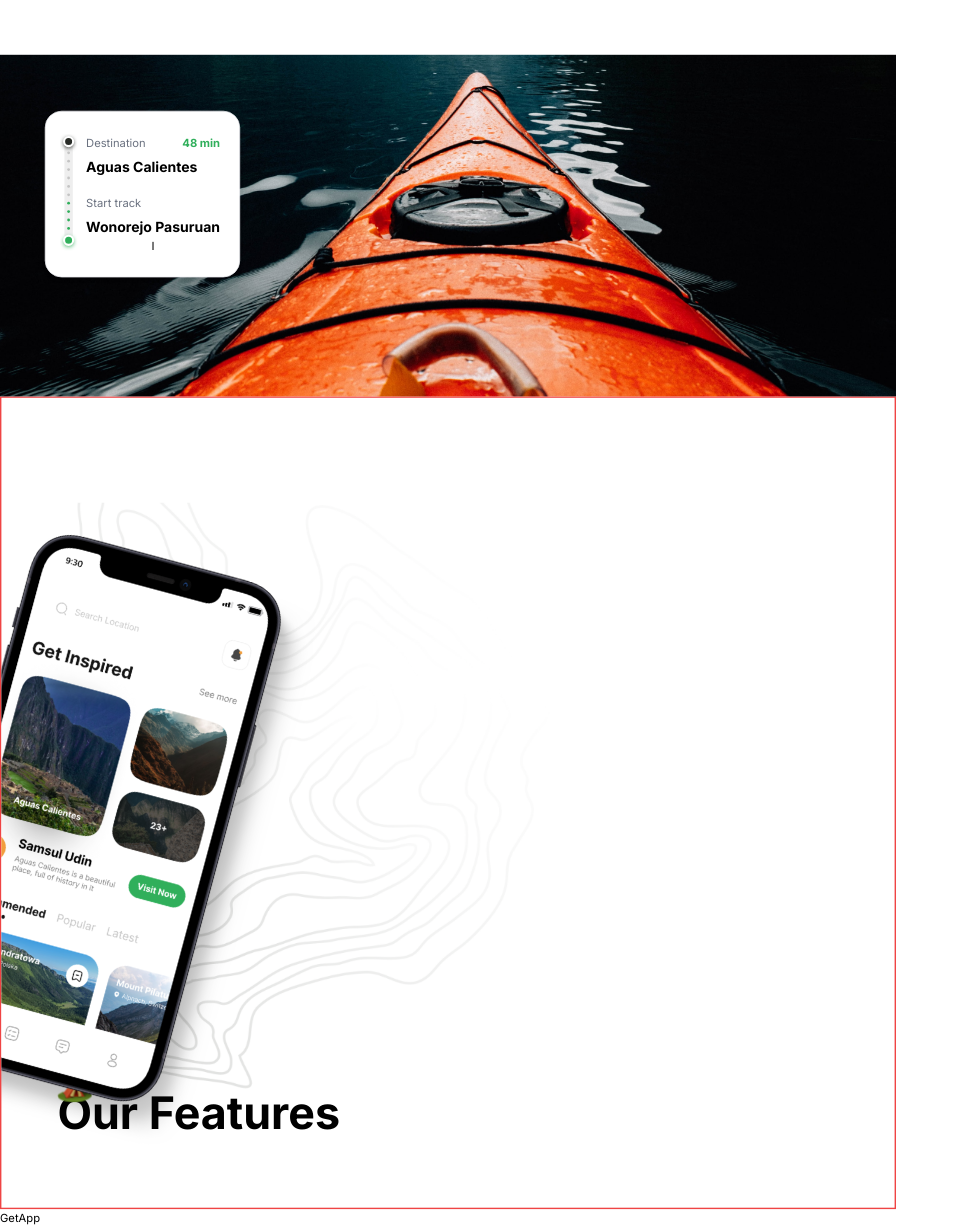
Repository: abdulrahmanmahmood/Travel-App
Page: /
These files come from the project's save history. The page is drawn as it stood at one moment and after the next save; the edit follows.
The browser window is 1280 px wide. The page is 1392 px wide, so the pictures cover 1392 px, including what lies to the right of the window. The pictures show the part of the page from y = 2105 to 3865 px (the page is 3857 px tall before and 3865 px after), at 70% of full size.
The project was rebuilt for these pictures with package versions that can differ from the ones it lists, and the page was loaded fresh each time. The framework's server and built-in components were replaced by stand-ins that run in the browser. Also part of the build but not shown: next.config.js.

Above is the page before, as saved 2023-11-08 11:40:14.

### app/layout.tsx
import './globals.css'
import type { Metadata } from 'next';
import './globals.css'
import Navbar from '@/components/Navbar';


export const metadata: Metadata = {
  title: 'Travel',
  description: 'Travel UI/UX App for camping',
}

export default function RootLayout({
  children,
}: {
  children: React.ReactNode
}) {
  return (
    <html lang="en">
      <body >
        <Navbar/>
        {children}
      </body>
    </html>
  )
}

### app/page.tsx
import Features from "@/components/Features"
import GetApp from "@/components/GetApp"
import Guide from "@/components/Guide"
import Hero from "@/components/Hero"
import Camp from "@/components/camp"

export default function Home() {
  return (
    <>
    <Hero/>
    <Camp/>
    <Guide/>
    <Features/>
    <GetApp/>
 </>
  )
}

### components/Navbar.tsx
import { NAV_LINKS } from "@/constants";
import Image from "next/image";
import Link from "next/link";
import Button from "./Button";

const Navbar = () => {
  return (
    <nav
      className=" flexBetween max-container padding-container relative z-30
    py-5"
    >
      <Link href="/">
        <Image src="/hilink-logo.svg" alt="logo" width={74} height={28} />
      </Link>
      <ul className="hidden h-full gap-12 lg:flex">
        {NAV_LINKS.map((link) => (
          <Link
            href={link.href}
            key={link.key}
            className="regular-16 text-gray-50 flexCenter cursor-pointer pb-1.5 transition-all hover:font-bold"
          >
            {link.label}
          </Link>
        ))}
      </ul>
      <div className="lg:flexCenter  hidden ">
        <Button
          type="button"
          title="Login"
          icon="/user.svg"
          variant="btn_dark_green"
        />
      </div>
      <Image
        src="/menu.svg"
        alt="menu"
        width={32}
        height={32}
        className="inline-block cursor-pointer lg:hidden"
      />
    </nav>
  );
};

export default Navbar;

### components/Features.tsx
import Image from "next/image"


function Features() {
  return (
    <section className="border-2 border-red-500 flex-col  flexCenter overflow-hidden bg-feature-bg bg-center bg-no-repeat py-24">
      <div className="max-container padding-container relative w-full justify-end">
        <div className="flex flex-1 lg:min-h-[900px]">
          <Image src='/phone.png' alt="phone" height={1000} width={440} className="feature-phone"/>
        </div>
        <div className="z-20 flex w-full flex-col  lg:2-[60%]">
          <div className="relative ">
            <Image src='/camp.svg' alt="camp" width={50} height={50} className="absolute -top-10"/>
            <h2 className="bold-40 lg:bold-64 -mt-3">Our Features</h2>
          </div>
        </div>
      </div>

    </section>
  )
}

export default Features

### components/GetApp.tsx


function GetApp() {
  return (
    <div>GetApp</div>
  )
}

export default GetApp

### components/Guide.tsx
import Image from "next/image";

function Guide() {
  return (
    <section className="flexCenter flex-col">
      <div className=" padding-container max-container w-full pb-24  ">
        <Image src="/camp.svg" alt="camp" width={50} height={50} />
        <p className="uppercase text-xl bold text-green-500 -mt-1 mb-3 ">
          WE ARE here FOR YOU
        </p>
        <div className="flex flex-wrap justify-between gap-5 lg:gap-10">
          <h2 className="capitalize  bold-40 lg:bold-64 xl:max-w-[390px]">
            Guide You to Easy Path
          </h2>
          <p className=" regular-16 text-gray-30 xl:max-w-[520px]">
            Only with the hilink application you will no longer get lost and get
            lost again, because we already support offline maps when there is no
            internet connection in the field. Invite your friends, relatives and
            friends to have fun in the wilderness through the valley and reach
            the top of the mountain
          </p>
        </div>
      </div>
      <div className=" flexCenter max-container relative w-full ">
        <Image
          src="/boat.png"
          alt="image"
          width={1440}
          height={580}
          className="w-full object-cover object-center 2xl:rounded-5"
        />
        <div className="absolute flex bg-white py-8 pl-5 pr-7 gap-3 rounded-3xl border shadow-md md:left-[5%] lg:top-20">
          <Image src='/meter.svg' alt="meter" width={15} height={158} className="h-full w-auto"/>
          <div className="flexBetween flex-col ">
            <div className="flex w-full flex-col">
              <div className="flexBetween w-full ">
                <p className="regular-16 text-gray-500">Destination</p>
                <p className="bold-16 text-green-50">48 min</p>
              </div>
              <p className="bold-20 mt-2 mb-2 ">Aguas Calientes</p>
            </div>
            <div className="flex w-full flex-col">
              <p className="regular-16 text-gray-500 mt-4">Start track</p>
              <h4 className="bold-20 mt-2 whitespace-nowrap">Wonorejo Pasuruan</h4>
            </div>
          I</div>
        </div>
      </div>
    </section>
  );
}

export default Guide;

### components/Hero.tsx
import Image from "next/image";
import Button from "./Button";

function Hero() {
  return (
    <section
      className="max-container padding-container flex flex-col gap-20
    py-10 pb-32 md:gap-27 lg:py-20  xl:flex-row"
    >
      <div className="hero-map" />
      {/* LEFT */}
      <div className="relative z-20 flex flex-1 flex-col xl:w-1/2">
        <Image
          src="/camp.svg"
          alt="camp"
          width={50}
          height={50}
          className="absolute left-[-5px] top-[-30px] w-10 lg:w-[50px]"
        />
        <h1 className="bold-52 lg:bold-88">Putuk Truno Camp Area</h1>
        <p className="regular-16 mt-6 text-gray-30 xl:max-w-[520px]">
          We want to be on each of your journeys seeking the satisfaction of
          seeing the incorruptible beauty of nature. We can help you on an
          adventure around the world in just one app
        </p>
        <div className="my-11 flex flex-wrap gap-5">
          <div className="flex items-center gap-2">
            {Array(5)
              .fill(1)
              .map((_, index) => (
                <Image
                  key={index}
                  src="/star.svg"
                  alt="star"
                  width={24}
                  height={24}
                />
              ))}
          </div>
          <p className="bold-16 lg:bold-20 text-blue-70">
            198k
            <span className="regular-16 lg:regular-20 ml-1 ">
              Excellent Reviews
            </span>
          </p>
        </div>
        <div className="flex flex-col w-full gap-3 sm:flex-row">
          <Button
            type={"button"}
            title={"Download App"}
            variant={"btn_green"}
          />
          <Button
            type={"button"}
            title={"How we work?"}
            variant={"btn_white_text"}
            icon="/play.svg"
          />
        </div>
      </div>
      <div className="relative flex flex-1 items-start ">
        <div className="relative z-20 w-[268px] flex-col gap-8 rounded-3xl bg-green-90 px-7 py-8">


          <div className="fle flex-col">

            <div className="flexBetween">
              <p className="regular-16 text-gray-20">Location</p>
              <Image src="/close.svg" alt="close" width={24} height={24} />
            </div>
            <p className="bold-20 text-white">Aguas Calientes</p>


          </div>


          <div className="flexBetween  pt-4">
            <div className="flex flex-col">
              <p className="regular-16 block text-gray-20">Distance</p>
              <p className="bold-20 text-white">173.28 mi</p>
            </div>
            <div className="flex flex-col">
              <p className="regular-16 block text-gray-20">Elevation</p>
              <p className="bold-20 text-white">2.040 km</p>
            </div>
          </div>
        </div>
      </div>
    </section>
  );
}

export default Hero;

### components/camp.tsx
import { PEOPLE_URL } from "@/constants";
import Image from "next/image";
import { type } from "os";

interface CampProps {
  backgroundImage: string;
  title: string;
  subtitle: string;
  peoplejoined: string;
}

const CampSite = ({
  backgroundImage,
  title,
  subtitle,
  peoplejoined,
}: CampProps) => {
  return (
    <div
      className={`h-full w-full min-w-[1100px] ${backgroundImage} bg-cover bg-no-repeat lg:rounded-r-5xl 2xl:rounded-5xl `}
    >
      <div className="flex h-full flex-col items-start justify-between p-6 lg:px-20 lg:py-10 ">
        <div className=" flexCenter gap-4">
          <div className="rounded-full bg-green-50 p-4">
            <Image src="/folded-map.svg" alt="folded" height={28} width={28} />
          </div>
          <div className="flex flex-col gap-1">
            <h4 className="bold-18 text-white">{title}</h4>
            <p className="regular-14 text-white">{subtitle}</p>
          </div>
        </div>
        <div className="flexCenter gap-6 ">
          <span className="flex -space-x-4 overflow-hidden">
            {PEOPLE_URL.map((url, index) => (
              <Image
                src={url}
                key={index}
                height={53}
                width={53}
                alt="alt"
                className="inline-block h-10 w-10 r-4"
              />
            ))}
          </span>
          <p className="bold-16 md:bold-20 text-white">{peoplejoined}</p>
        </div>
      </div>
    </div>
  );
};

function camp() {
  return (
    <section className=" 2xl:max-container relative flex flex-col py-10 lg-mb-10 lg:py-20 xl:mb-20">
      <div className="hide-scrollbar flex h-[340px] w-full items-start justify-start gap-8 overflow-x-auto lg:h[400px] xl:h-[640px]">
        <CampSite
          backgroundImage="bg-bg-img-1"
          title="Putuk Truno Camp"
          subtitle="Prigen, Pasuruan"
          peoplejoined="50+ Joined"
        />
        <CampSite
          backgroundImage="bg-bg-img-2"
          title="Mountain View Camp"
          subtitle="Somewhere in the Wilderness"
          peoplejoined="50+ Joined"
        />
      </div>

      <div className=" flexEnd  mt-10 px-6 lg:-mt-60 lg:mr-6 ">
        <div
          className="bg-green-50 p-8 lg:max-w-[500px] xl:max-[734px]
        xl:rounded-5xl xl:px-16 px:py-20 relative w-full overflow-hidden rounded-3xl "
        >
          <h2 className="regular-24 md:regular-32 2xl:regular-64 text-white capitalize">
            <strong>Feeling Lost</strong> And Not Knowing The Way?
          </h2>
          <p className="regular-14 xl:regular-16 mt-5 text-white">
            Starting from the anxiety of the climbers when visiting a new
            climbing location, the possibility of getting lost is very large.
            That's why we are here for those of you who want to start an
            adventure
          </p>
          <Image src='/quote.svg'
          alt="camp-2"
          width={186}
          height={219}
          className="camp-quote"
          />
        </div>
      </div>
    </section>
  );
}

export default camp;

### constants/index.ts
export const NAV_LINKS = [
  {href:"/", key:"home", label:"home"},
  { href: '/', key: 'how_hilink_work', label: 'How Hilink Work?' },
  { href: '/', key: 'services', label: 'Services' },
  { href: '/', key: 'pricing ', label: 'Pricing ' },
  { href: '/', key: 'contact_us', label: 'Contact Us' },
]

export const PEOPLE_URL = [
  '/person-1.png',
  '/person-2.png',
  '/acpc-modified (1).png',
  '/person-4.png',
];

### components/Button.tsx
import Image from "next/image";

type ButtonProps = {
  type: "button" | "submit";
  title: string;
  icon?: string;
  variant: string;
};

function Button({ type, title, icon, variant }: ButtonProps) {
  return (
    <button
      type={type}
      className={`flexCenter gap-3 rounded-full border ${variant}`}
    >
      {icon && <Image src={icon} alt={title} width={24} height={24} />}
      <label className="bold-16 whitespace-nowrap">{title}</label>
    </button>
  );
}

export default Button;

Loaded but not shown: app/globals.css (common file); tailwind.config.ts (common file)

After the next save:
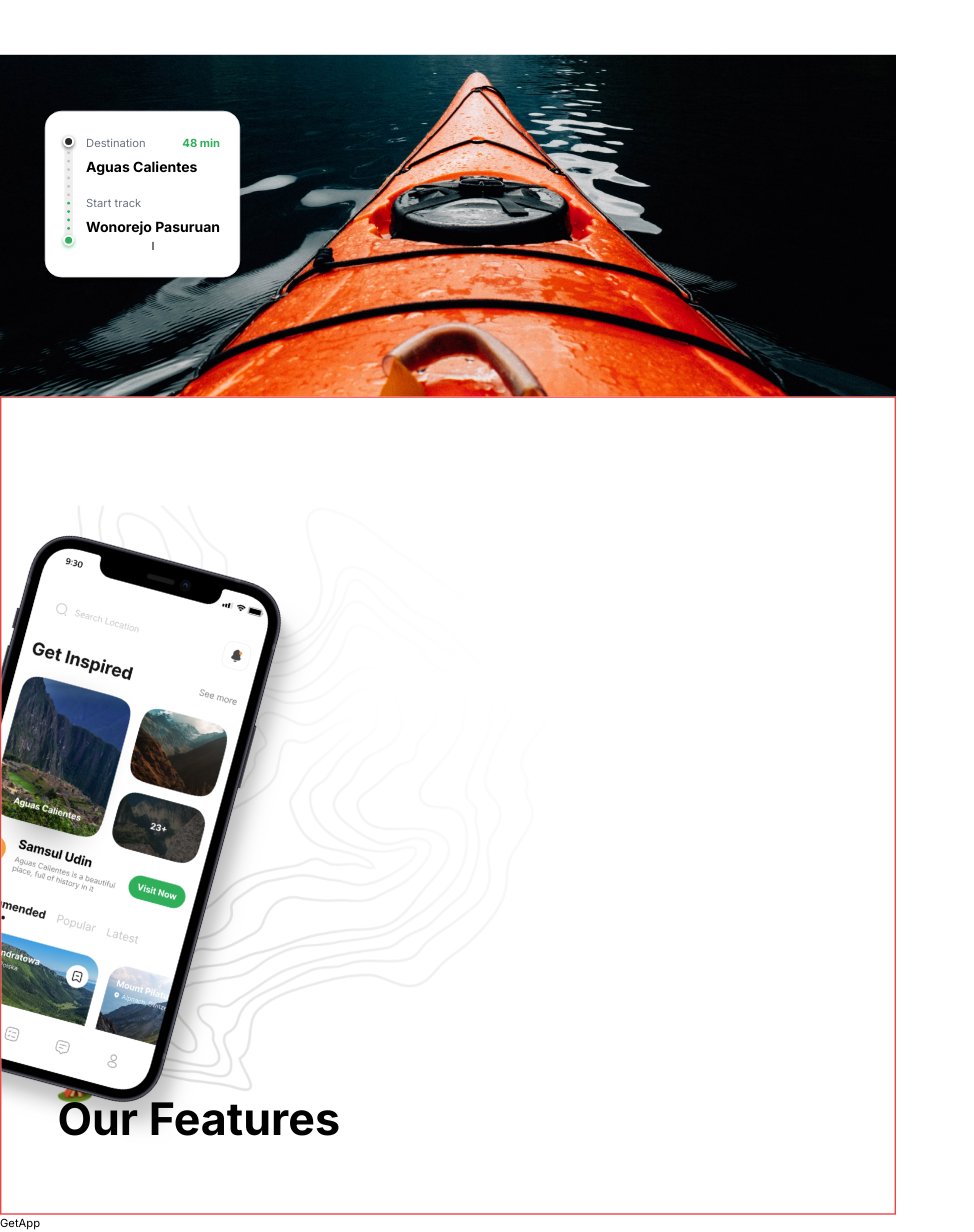
Saved 9 s later.
--- a/components/Features.tsx
+++ b/components/Features.tsx
@@ -11,7 +11,7 @@ function Features() {
         <div className="z-20 flex w-full flex-col  lg:2-[60%]">
           <div className="relative ">
             <Image src='/camp.svg' alt="camp" width={50} height={50} className="absolute -top-10"/>
-            <h2 className="bold-40 lg:bold-64 -mt-3">Our Features</h2>
+            <h2 className="bold-40 lg:bold-64 -mt-1">Our Features</h2>
           </div>
         </div>
       </div>
